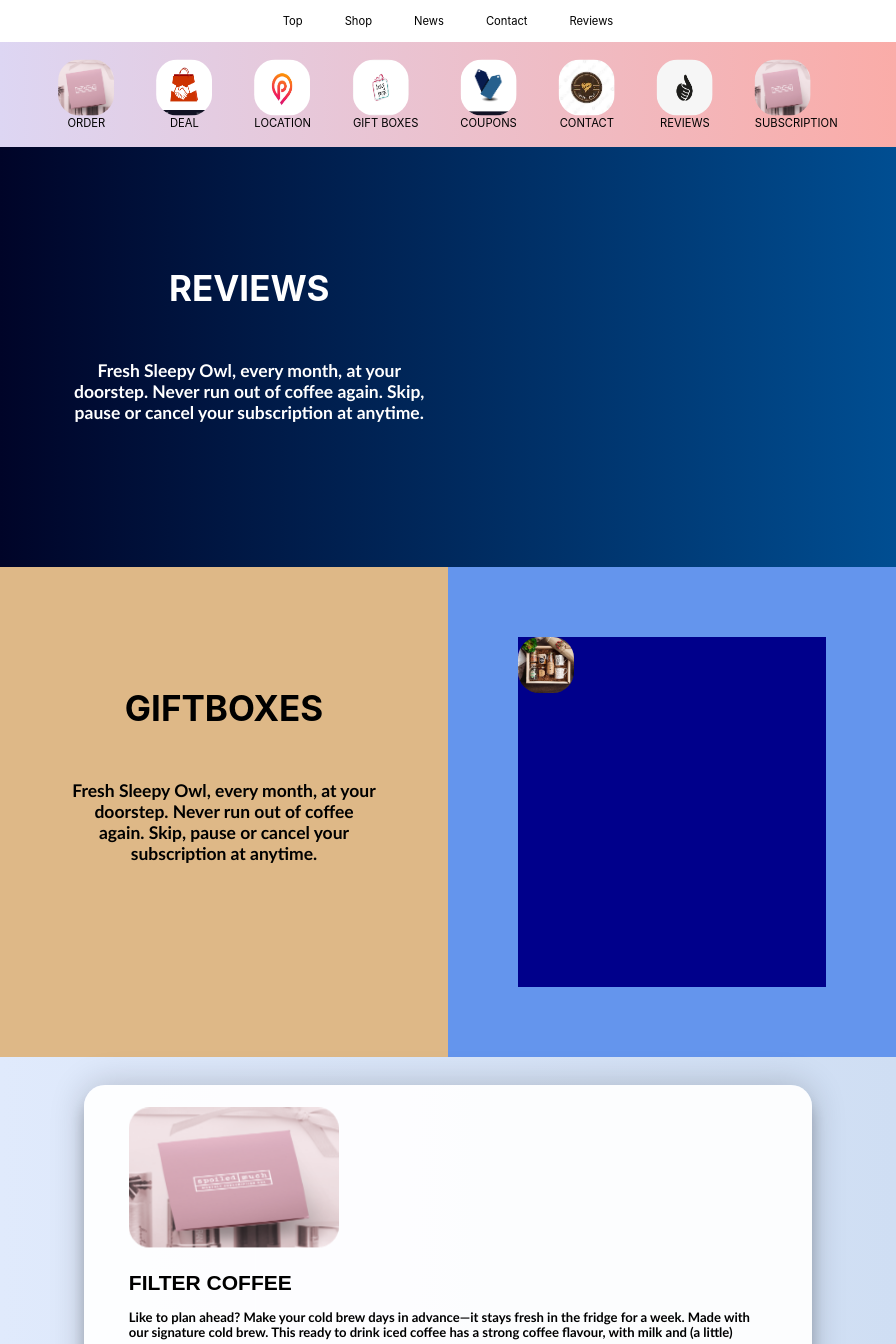
Repository: tusharpasricha/owlsomecoffee
Page: /
An editor plug-in stored every save of this project. The page is shown before and after the next save, followed by the edit.
The browser window is 1280 px wide. The pictures show the part of the page from y = 0 to 1920 px (the page is 3888 px tall), at 70% of full size.
Some web fonts or font styles are not loaded; a fallback is used. The project was rebuilt for these pictures with package versions that can differ from the ones it lists, and the page was loaded fresh each time. Also part of the build but not shown: src/components/coupons.css, src/components/coupons.js, src/components/order.css, src/components/order.js, src/components/location.css, src/components/location.js.

Above is the page before, as saved 2021-09-28 10:38:41.

After the next save:
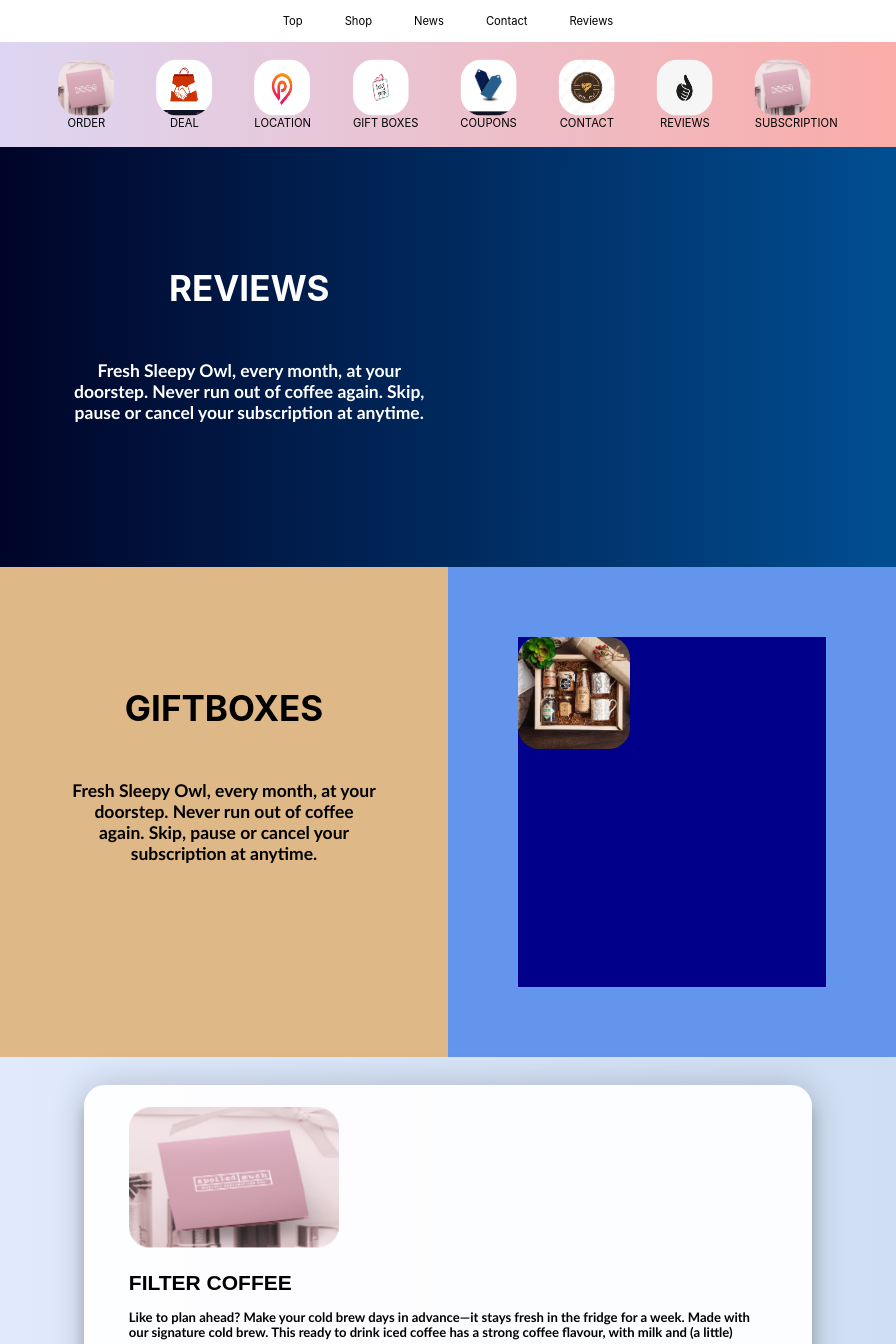
Saved 23 s later.
--- a/src/components/giftboxes.css
+++ b/src/components/giftboxes.css
@@ -15,3 +15,7 @@
     background-color: darkblue;
     height: 500px;
 }
+.gimg{
+    height: 160px;
+    width: 160px;
+}
